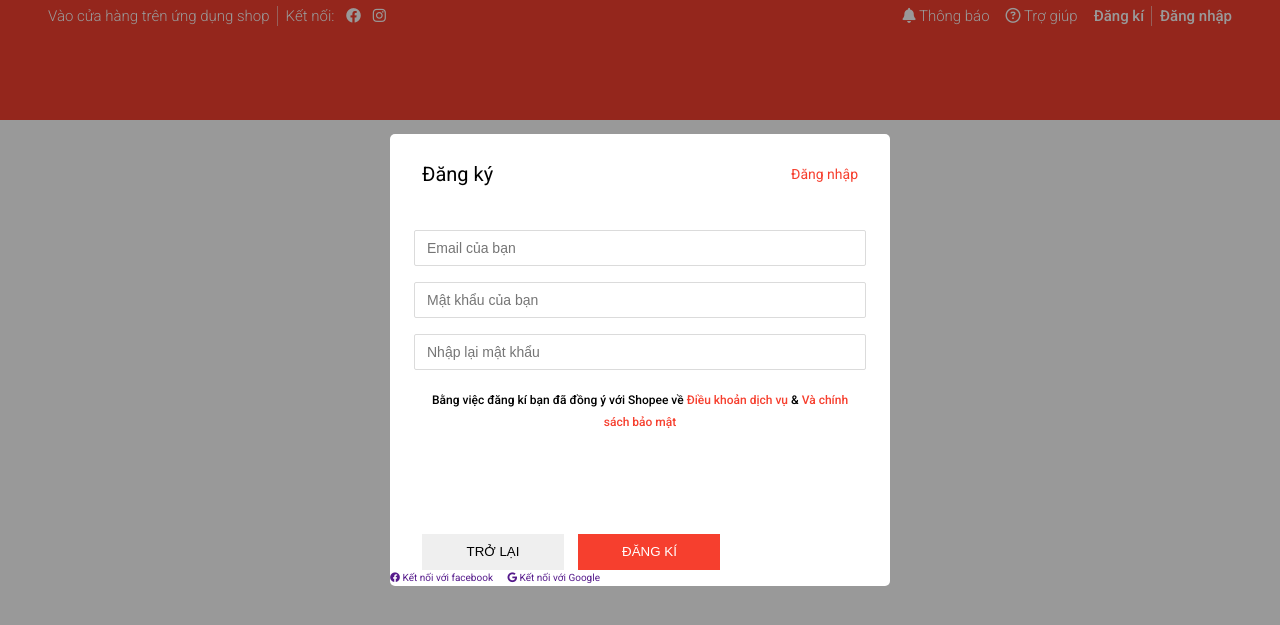
Repository: nguyenhoang2002062929/shoppee
Page: index.html
These files come from the project's save history. The page is drawn as it stood at one moment and after the next save; the edit follows.
The browser window is 1280 px wide. The pictures show the whole page.

Above is the page before, as saved 2023-06-20 11:04:02.

### index.html
<!DOCTYPE html>
<html lang="en">
<head>
    <meta charset="UTF-8">
    <meta name="viewport" content="width=device-width, initial-scale=1.0">
    <title>Document</title>

    <link rel="stylesheet" href="./assets/css/base.css">
    <link rel="stylesheet" href="./assets/css/main.css">
    <link href="https://fonts.googleapis.com/css2?family=Roboto:wght@100;300;400;500;700&display=swap" rel="stylesheet">
    <link rel="stylesheet" href="https://cdnjs.cloudflare.com/ajax/libs/font-awesome/6.4.0/css/all.min.css" integrity="sha512-iecdLmaskl7CVkqkXNQ/ZH/XLlvWZOJyj7Yy7tcenmpD1ypASozpmT/E0iPtmFIB46ZmdtAc9eNBvH0H/ZpiBw==" crossorigin="anonymous" referrerpolicy="no-referrer" />

</head>
<body>
    <div class="app">
        <!-- header -->
        <div class="header">
            <div class="gird">

                <nav class="header__nav">
                    <ul class="header__nav-list">
                        <li class="header__nav-item header__nav-item--separate header__nav-item--hover-qr ">Vào cửa hàng trên ứng dụng shop
                            <!-- header qr code -->
                            <div class="header__qr-code">
                                <img src="./assets/img/qr_code.png" alt="" class="header__qr-code-img">
                                <div class="header__qr-code-app">
                                    <img src="./assets/img/googplay.png" alt="" class="header__app">
                                    <img src="./assets/img/appStore.png" alt="" class="header__app">
                                </div>
                            </div>
                        </li>
                        <li class="header__nav-item">
                            <span>Kết nối:</span>
                            <a href="" class="header_nav-item-icon"> <i class="fab fa-facebook"></i></a>
                            <a href="" class="header_nav-item-icon"> <i class="fab fa-instagram"></i></a>
                        </li>
                    </ul>

                    <ul class="header__nav-list">
                        <li class="header__nav-item header__nav-item--notify "><a class="header__nav-item-link" href=""><i class="fas fa-bell"></i> Thông báo</a>
                           <!-- notify -->
                           <div class="header__notify">
                                <div class="header__notify-header">
                                    <h3 class="notify__title">Thông Báo Mới Nhận</h3>
                                </div>
                                <ul class="notify__list">
                                    <li class="notify__list-item notify__list-item--view">
                                        <img src="https://cf.shopee.vn/file/d52c8e2d6975e3175edda97f317e21cb_tn" alt="" class="notify__list-item-img">
                                        <div class="notify__list-item-text">
                                            <p class="notify__list-item-text-big">Nhanh tay săn ngay mỹ phẩm F8 vào ngày 8/3 để nhận nhiều ưu đãi</p>
                                            <p class="notify__list-item-text-small">Thương hiệu mỹ phẩm đến từ F8, sáng mịn da tự tin ra đường bảo đảm trai bu như kiến hiện đang giảm giá 99% chỉ còn 1k</p>
                                        </div>
                                    </li>
                                    <li class="notify__list-item">
                                        <img src="https://cf.shopee.vn/file/d52c8e2d6975e3175edda97f317e21cb_tn" alt="" class="notify__list-item-img">
                                        <div class="notify__list-item-text">
                                            <p class="notify__list-item-text-big">Nhanh tay săn ngay mỹ phẩm F8 vào ngày 8/3 để nhận nhiều ưu đãi</p>
                                            <p class="notify__list-item-text-small">Thương hiệu mỹ phẩm đến từ F8, sáng mịn da tự tin ra đường bảo đảm trai bu như kiến hiện đang giảm giá 99% chỉ còn 1k</p>
                                        </div>
                                    </li>
                                    <li class="notify__list-item">
                                        <img src="https://cf.shopee.vn/file/d52c8e2d6975e3175edda97f317e21cb_tn" alt="" class="notify__list-item-img">
                                        <div class="notify__list-item-text">
                                            <p class="notify__list-item-text-big">Nhanh tay săn ngay mỹ phẩm F8 vào ngày 8/3 để nhận nhiều ưu đãi</p>
                                            <p class="notify__list-item-text-small">Thương hiệu mỹ phẩm đến từ F8, sáng mịn da tự tin ra đường bảo đảm trai bu như kiến hiện đang giảm giá 99% chỉ còn 1k</p>
                                        </div>
                                    </li>
                                    <li class="notify__list-item notify__list-item--view">
                                        <img src="https://cf.shopee.vn/file/d52c8e2d6975e3175edda97f317e21cb_tn" alt="" class="notify__list-item-img">
                                        <div class="notify__list-item-text">
                                            <p class="notify__list-item-text-big">Nhanh tay săn ngay mỹ phẩm F8 vào ngày 8/3 để nhận nhiều ưu đãi</p>
                                            <p class="notify__list-item-text-small">Thương hiệu mỹ phẩm đến từ F8, sáng mịn da tự tin ra đường bảo đảm trai bu như kiến hiện đang giảm giá 99% chỉ còn 1k</p>
                                        </div>
                                    </li>
                                </ul>
                                <div class="header__notify-footer">Xem tất cả</div>
                            </div>
                        </li>
                        <li class="header__nav-item"><a class="header__nav-item-link" href=""><i class="far fa-question-circle"></i> Trợ giúp</a></li>
                        <li class="header__nav-item header__nav-item--strong header__nav-item--separate">Đăng kí</li>
                        <li class="header__nav-item header__nav-item--strong">Đăng nhập</li>
                    </ul>
                </nav>
            </div>
        </div>

        <!-- container -->
        <div class="container">

        </div>

        <!-- footer -->
        <div class="footer">

        </div>
    </div>

    <!-- modal layout -->
    <div class="modal">
        <div class="modal__overlay"></div>
        <div class="modal__body">
                <!-- Authen form -->
            <div class="auth-form">
                <div class="auth-form__container">
                    <div class="auth-form__header">
                        <h3 class="auth-form__heading">Đăng ký</h3>
                        <span class="auth-form__switch-btn">Đăng nhập</span>
                    </div>
                    <div class="auth-form__form">
                        <div class="auth-form__group">
                            <input type="text" class="auth-form__input" placeholder="Email của bạn">
                        </div>
                        <div class="auth-form__group">
                            <input type="password" class="auth-form__input" placeholder="Mật khẩu của bạn">
                        </div>
                        <div class="auth-form__group">
                            <input type="password" class="auth-form__input" placeholder="Nhập lại mật khẩu">
                        </div>
                    </div>

                    <div class="auth-form__aside">
                        <p class="auth-form__policy-text">Bằng việc đăng kí bạn đã đồng ý với Shopee về
                            <a href="" class="auth-form__text-link">Điều khoản dịch vụ</a> & <a href="" class="auth-form__text-link">Và chính sách bảo mật</a>
                        </p>
                    </div>
                <div class="auth-form__controls">
                        <button class="btn">TRỞ LẠI</button>
                        <button class="btn btn--primary">ĐĂNG KÍ</button>
                </div>
                </div>
            <div class="auth-form__social">
                <a href="" class="btn btn--with-icon"><i class="fa-brands fa-facebook"></i> Kết nối với facebook</a>
                <a href="" class="btn btn--with-icon"><i class="fa-brands fa-google"></i> Kết nối với Google</a>
            </div>
            </div>

        </div>
    </div>
</body>
</html>

### assets/css/base.css
:root{
    --white-color: #fff;
    --black-color: #000;
    --text-color: #333;
    --color-main: #f63f2e;
    --boder-color: #dbdbdb
}
*{
    box-sizing: inherit;
    margin: 0;
    padding: 0;
}
html{
    font-size: 62.5%;
    line-height: 1.6rem;
    font-family: 'Roboto', sans-serif;
    box-sizing: border-box;
}
.gird{
    width: 1200px;
    max-width: 1200px;
    margin: 0 auto;
}
.gird__full-width{
    width: 100%;
}
.gird__row{
    display: flex;
    flex-wrap: wrap;
}

/* button */
.btn{
    min-width: 142px;
    height: 36px;
    text-decoration: none;
    border: none;
}
.btn ~ .btn{
    margin-left: 12px;
}
.btn.btn--primary{
    background-color: var(--color-main);
    color: var(--white-color);
}

### assets/css/main.css

.header{
    width: 100%;
    height: 120px;
    background-color: #f63f2e;
}
.header__nav{
    display: flex;
    justify-content: space-between;

}
.header__nav-list{
    display: flex;
}
.header__nav-item{
    position: relative;
    display: block;
    font-size: 15px;
    color:  var(--white-color);
    text-decoration: none;
    list-style-type: none;
    font-weight: 300;
    margin: 0px 8px;
    cursor: pointer;
    padding: 8px 0;
}
.header_nav-item-icon{
    text-decoration: none;
    color: var(--white-color);
    margin-left: 8px;
}
.header__nav-item-link{
    text-decoration: none;
    color: var(--white-color);
}
.header__nav-item--strong{
    font-weight: 500;
}
.header__nav-item--separate::after{
    content: "";
    height: 20px;
    color: #fff;
    opacity: 0.5;
    border-left: 1px solid #fff;
    position: absolute;
    top: 50%;
    right: -8px;
    transform: translateY(-50%);
}
.header_nav-item-icon:hover,
.header__nav-item:hover,
.header__nav-item-link:hover{
    color: rgba(255, 255, 255, 0.7);
}
.header__nav-item span{
    cursor: default;
    color: var(--white-color);
}
/* <!-- header qr code --> */
.header__qr-code{
    position: absolute;
    width: 186px;
    background-color: var(--white-color);
    left: 0;
    padding: 8px;
    display: none;
    margin-top: 8px;
    animation: inFace ease 0.4s;
}
.header__qr-code-img{
    width: 100%;
}
.header__qr-code-app{
    display: flex;
    justify-content: space-evenly;
}
.header__app{
    height: 16px;
}
.header__nav-item--hover-qr:hover .header__qr-code{
    display: block;
}
@keyframes inFace{
    from{
        opacity: 0;
    }
    to{
        opacity: 1;
    }
}
/* notify */
.header__notify{
    position: absolute;
    width: 404px;
    background-color: #fff;
    right: 0;
    top: 100%;
    border: 1px solid #ddd;
    border-radius: 2px;
    display: none;
    transform-origin: 90% top;
    animation: headerNotify ease-in 0.2s;
    will-change: opacity , transform;
}
@keyframes headerNotify{
    from{
        opacity: 0;
        transform: scale(0);
    }
    to{
        opacity: 1;
        transform: scale(1);
    }
}
.header__notify::before{
    position: absolute;
    content: "";
    border-width: 20px 35px;
    border-style: solid;
    border-color: transparent transparent #fff transparent;
    top: -28px;
    right: 12px;
}
.header__notify-header{
    display: block;
}
.notify__title{
    color:#333;
    font-weight: 300;
    font-size: 1.5rem;
    padding: 8px;
}
.notify__list{
}
.notify__list-item{
    position: relative;
    display: flex;
    color: #000;
    padding-bottom: 8px;
    padding-top: 8px;
}
.notify__list-item-img{
    top: 0;
    width: 48px;
    align-self: flex-start;
    padding: 2px 8px;
    display: inline;
}
.notify__list-item-text-big{
    font-size: 16px;
    font-weight: 400;
    text-overflow: 2px;
    line-height: 1.5;
}
.notify__list-item-text-small{
    font-size: 12px;
    font-weight: 300;
    color: #333;
    margin-top: 4px;
    line-height: 1.4;
}

.header__notify-footer{
    color: #333;
    text-align: center;
    padding: 8px 0;
    display: block;
}
.notify__list-item--view{
    background-color: rgba(239, 187, 176, 0.2)
}
.header__nav-item--notify:hover .header__notify {
    display: block;
}
.notify__list-item--view:hover{
    background-color: #ddd;
}
/* modal-overlay */
.modal{
    position: absolute;
    top: 0;
    bottom: 0;
    right: 0;
    left: 0;
    display: flex;
}
.modal__overlay{
    position: absolute;
    width: 100%;
    height: 100%;
    background-color:rgba(0, 0, 0, 0.4);
}
.modal__body{
    background-color: #fff;
    z-index: 1;
    margin: auto;
    border-radius: 5px;
}
/* authen form */
.auth-form{
    width: 500px;
}
.auth-form__container{
    padding: 0 32px;
}
.auth-form__header{
    display: flex;
    justify-content: space-between;
    padding: 32px 0;
}
.auth-form__heading{
    font-size: 2rem;
    font-weight: 400;
    color: var(--test-color);
}
.auth-form__switch-btn{
    font-size: 1.4rem;
    color: var(--color-main);
    font-weight: 400;
}
.auth-form__form{
    margin-top: 16px;
}
.auth-form__group{
    margin-left: -8px;
    margin-right: -8px;
}
.auth-form__input{
    width: 100%;
    height: 36px;
    margin-bottom: 16px;
    border: 1px solid var(--boder-color);
    border-radius: 2px;
    font-size: 1.4rem;
    padding: 0 12px;
    outline: none;
}
.auth-form__input:focus{
    border-color: #888;
}
.auth-form__aside{
    margin-top: 4px;
    padding: 0 -16px;
}
.auth-form__policy-text{
    font-size: 1.2rem;
    line-height: 1.8;
    text-align: center;
    font-weight: 500;
}
.auth-form__text-link{
    text-decoration: none;
    color: var(--color-main);
}
.auth-form__controls{
    margin-top: 100px;
}

After the next save:
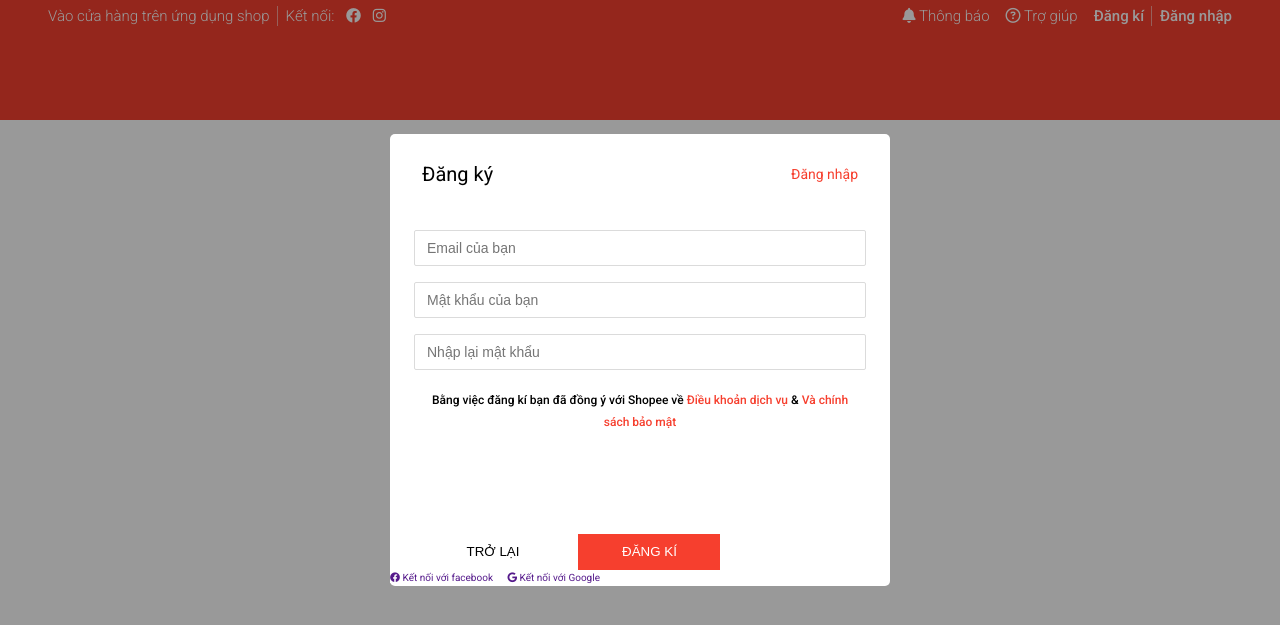
Saved 52 s later.
--- a/assets/css/base.css
+++ b/assets/css/base.css
@@ -35,6 +35,7 @@
     height: 36px;
     text-decoration: none;
     border: none;
+    background-color: var(--white-color);
 }
 .btn ~ .btn{
     margin-left: 12px;
